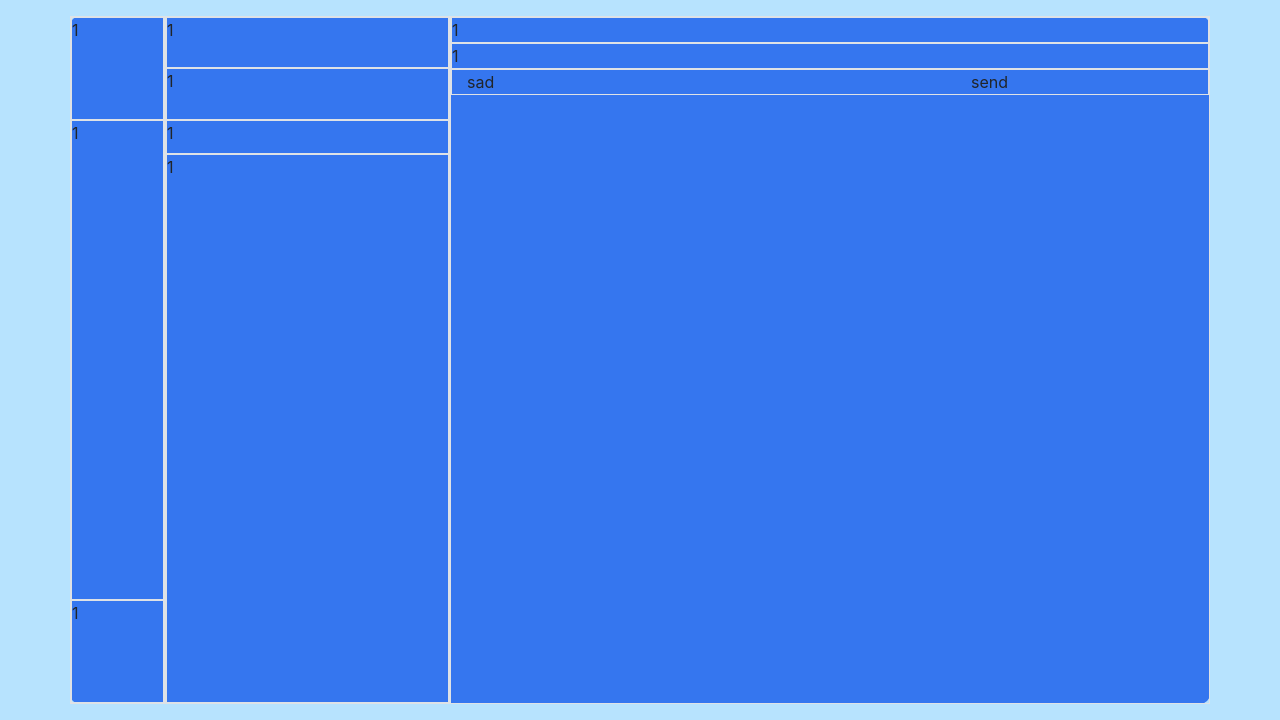
Repository: arafat877/super-chat
Page: /
These files come from the project's save history. The page is drawn as it stood at one moment and after the next save; the edit follows.
The browser window is 1280 px wide. The pictures show the whole page.
The project was rebuilt for these pictures with package versions that can differ from the ones it lists, and the page was loaded fresh each time.

Above is the page before, as saved 2020-08-06 22:11:54.

After the next save:
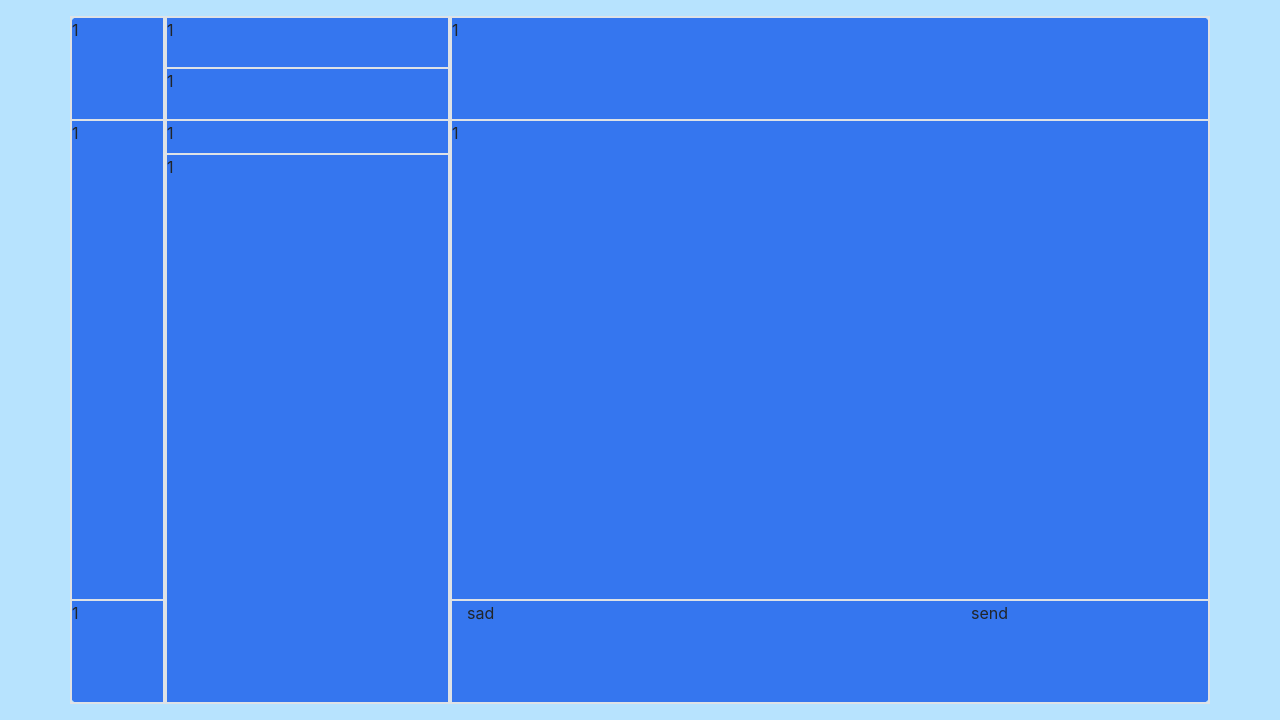
Saved 49 s later.
--- a/src/App.scss
+++ b/src/App.scss
@@ -31,5 +31,17 @@
         height: 80%;
       }
     }
+
+    .thirdCol {
+      .chatInfo {
+        height: 15%;
+      }
+      .chatMessages {
+        height: 70%;
+      }
+      .chatInput {
+        height: 15%;
+      }
+    }
   }
 }
